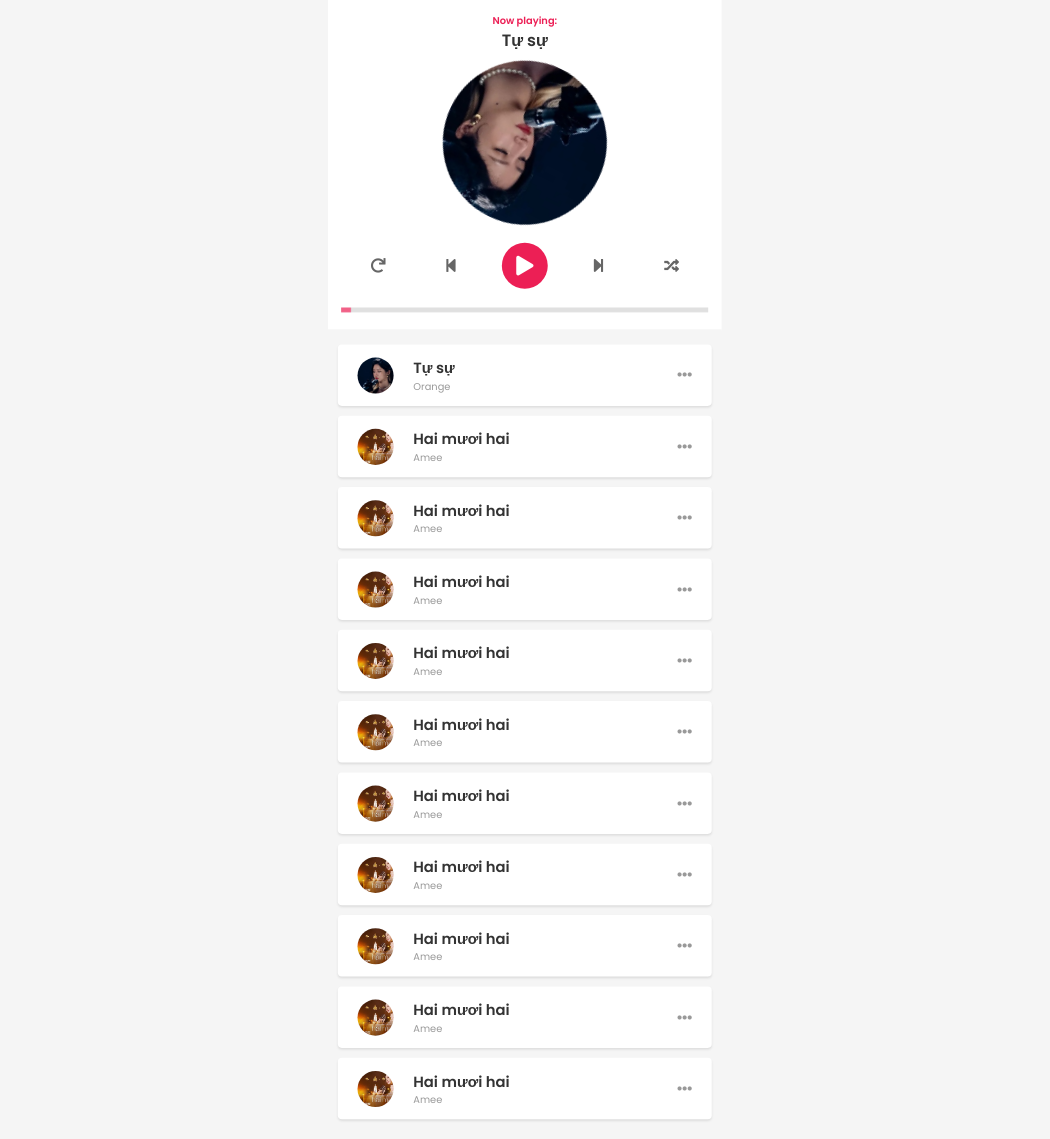
Repository: tannv3201/learn_JS_F8
Page: Example/Music player/index.html
These files come from the project's save history. The page is drawn as it stood at one moment and after the next save; the edit follows.
The browser window is 1280 px wide. The pictures show the whole page, at 82% of full size.

Above is the page before, as saved 2022-08-17 12:35:32.

### Example/Music player/index.html
<!DOCTYPE html>
<html lang="en">

<head>
    <meta charset="UTF-8">
    <meta http-equiv="X-UA-Compatible" content="IE=edge">
    <meta name="viewport" content="width=device-width, initial-scale=1.0">
    <title>Music player</title>
    <link rel="stylesheet" href="https://cdnjs.cloudflare.com/ajax/libs/font-awesome/5.15.2/css/all.min.css"
        integrity="sha512-HK5fgLBL+xu6dm/Ii3z4xhlSUyZgTT9tuc/hSrtw6uzJOvgRr2a9jyxxT1ely+B+xFAmJKVSTbpM/CuL7qxO8w=="
        crossorigin="anonymous" />
    <link rel="preconnect" href="https://fonts.gstatic.com">
    <link href="https://fonts.googleapis.com/css2?family=Poppins:wght@300;400;600&display=swap" rel="stylesheet">
    <link rel="stylesheet" href="./style.css">
</head>

<body>

    <div class="player">
        <!-- Dashboard -->
        <div class="dashboard">
            <!-- Header -->
            <header>
                <h4>Now playing:</h4>
                <h2>Tự sự</h2>
            </header>

            <!-- CD -->
            <div class="cd">
                <div class="cd-thumb" style="background-image: url('./assets/imgs/tusu.jpg')">
                </div>
            </div>

            <!-- Control -->
            <div class="control">
                <div class="btn btn-repeat">
                    <i class="fas fa-redo"></i>
                </div>
                <div class="btn btn-prev">
                    <i class="fas fa-step-backward"></i>
                </div>
                <div class="btn btn-toggle-play">
                    <i class="fas fa-pause icon-pause"></i>
                    <i class="fas fa-play icon-play"></i>
                </div>
                <div class="btn btn-next">
                    <i class="fas fa-step-forward"></i>
                </div>
                <div class="btn btn-random">
                    <i class="fas fa-random"></i>
                </div>
            </div>

            <input id="progress" class="progress" type="range" value="0" step="1" min="0" max="100">

            <audio id="audio" src=""></audio>
        </div>

        <!-- Playlist -->
        <div class="playlist">
            <!-- <div class="song">
                <div class="thumb" style="background-image: url('./assets/imgs/tusu.jpg')">
                </div>
                <div class="body">
                    <h3 class="title">Tự sự</h3>
                    <p class="author">Orange</p>
                </div>
                <div class="option">
                    <i class="fas fa-ellipsis-h"></i>
                </div>
            </div>
            <div class="song">
                <div class="thumb" style="background-image: url('./assets/imgs/haimuoihai.jpg')">
                </div>
                <div class="body">
                    <h3 class="title">Hai mươi hai</h3>
                    <p class="author">Amee</p>
                </div>
                <div class="option">
                    <i class="fas fa-ellipsis-h"></i>
                </div>
            </div>
            <!-- <div class="song">
                <div class="thumb"
                    style="background-image: url('https://i.ytimg.com/vi/jTLhQf5KJSc/maxresdefault.jpg')">
                </div>
                <div class="body">
                    <h3 class="title">Music name</h3>
                    <p class="author">Singer</p>
                </div>
                <div class="option">
                    <i class="fas fa-ellipsis-h"></i>
                </div>
            </div> --> -->
        </div>
    </div>

    <!-- Design from: https://static.collectui.com/shots/3671744/musicloud-revolutionary-app-for-music-streaming-large -->
    <script src="./main.js"></script>
</body>

</html>

### Example/Music player/style.css
:root {
    --primary-color: #ec1f55;
    --text-color: #333;
}

* {
    padding: 0;
    margin: 0;
    box-sizing: inherit;
}

body {
    background-color: #f5f5f5;
}

html {
    box-sizing: border-box;
    font-family: "Poppins", sans-serif;
}

.player {
    position: relative;
    max-width: 480px;
    margin: 0 auto;
}

.player .icon-pause {
    display: none;
}

.player.playing .icon-pause {
    display: inline-block;
}

.player.playing .icon-play {
    display: none;
}

.dashboard {
    padding: 16px 16px 14px;
    background-color: #fff;
    position: fixed;
    top: 0;
    width: 100%;
    max-width: 480px;
    border-bottom: 1px solid #ebebeb;
}

/* HEADER */
header {
    text-align: center;
    margin-bottom: 10px;
}

header h4 {
    color: var(--primary-color);
    font-size: 12px;
}

header h2 {
    color: var(--text-color);
    font-size: 20px;
}

/* CD */
.cd {
    display: flex;
    margin: auto;
    width: 200px;
}

.cd-thumb {
    width: 100%;
    padding-top: 100%;
    border-radius: 50%;
    background-color: #333;
    background-size: cover;
    margin: auto;
}

/* CONTROL */
.control {
    display: flex;
    align-items: center;
    justify-content: space-around;
    padding: 18px 0 8px 0;
}

.control .btn {
    color: #666;
    padding: 18px;
    font-size: 18px;
}

.control .btn.active {
    color: var(--primary-color);
}

.control .btn-toggle-play {
    width: 56px;
    height: 56px;
    border-radius: 50%;
    font-size: 24px;
    color: #fff;
    display: flex;
    align-items: center;
    justify-content: center;
    background-color: var(--primary-color);
}

.progress {
    width: 100%;
    -webkit-appearance: none;
    height: 6px;
    background: #d3d3d3;
    outline: none;
    opacity: 0.7;
    -webkit-transition: 0.2s;
    transition: opacity 0.2s;
}

.progress::-webkit-slider-thumb {
    -webkit-appearance: none;
    appearance: none;
    width: 12px;
    height: 6px;
    background-color: var(--primary-color);
    cursor: pointer;
}

/* PLAYLIST */
.playlist {
    margin-top: 408px;
    padding: 12px;
}

.song {
    display: flex;
    align-items: center;
    margin-bottom: 12px;
    background-color: #fff;
    padding: 8px 16px;
    border-radius: 5px;
    box-shadow: 0 2px 3px rgba(0, 0, 0, 0.1);
}

.song.active {
    background-color: var(--primary-color);
}

.song:active {
    opacity: 0.8;
}

.song.active .option,
.song.active .author,
.song.active .title {
    color: #fff;
}

.song .thumb {
    width: 44px;
    height: 44px;
    border-radius: 50%;
    background-size: cover;
    margin: 0 8px;
}

.song .body {
    flex: 1;
    padding: 0 16px;
}

.song .title {
    font-size: 18px;
    color: var(--text-color);
}

.song .author {
    font-size: 12px;
    color: #999;
}

.song .option {
    padding: 16px 8px;
    color: #999;
    font-size: 18px;
}

### Example/Music player/main.js

/**
    1. Render song
    2. Scroll top
    3. Play / pause/ seek
    4. CD rotate
    5. Next / prev
    6. Random
    7. Next / repeat when ended
    8. Active Song
    9. Scroll active song into view
    10. Play song when click
 */
const $ = document.querySelector.bind(document);
const $$ = document.querySelectorAll.bind(document);

// Lấy ra các element
const heading = $('header h2');
const cdThumb = $('.cd-thumb');
const audio = $('#audio');
const cd = $('.cd');
const playBtn = $('.btn-toggle-play');
const player = $('.player');
const progress = $('#progress');

const app = {
    currentIndex: 0,
    isPlaying: false,
    songs: [
        {
            name: 'Tự sự',
            singer: 'Orange',
            path: './assets/music/tusu.mp3',
            image: './assets/imgs/tusu.jpg'
        },
        {
            name: 'Hai mươi hai',
            singer: 'Amee',
            path: './assets/music/haimuoihai.mp3',
            image: './assets/imgs/haimuoihai.jpg'
        },
        {
            name: 'Hai mươi hai',
            singer: 'Amee',
            path: './assets/music/haimuoihai.mp3',
            image: './assets/imgs/haimuoihai.jpg'
        },
        {
            name: 'Hai mươi hai',
            singer: 'Amee',
            path: './assets/music/haimuoihai.mp3',
            image: './assets/imgs/haimuoihai.jpg'
        },
        {
            name: 'Hai mươi hai',
            singer: 'Amee',
            path: './assets/music/haimuoihai.mp3',
            image: './assets/imgs/haimuoihai.jpg'
        },
        {
            name: 'Hai mươi hai',
            singer: 'Amee',
            path: './assets/music/haimuoihai.mp3',
            image: './assets/imgs/haimuoihai.jpg'
        },
        {
            name: 'Hai mươi hai',
            singer: 'Amee',
            path: './assets/music/haimuoihai.mp3',
            image: './assets/imgs/haimuoihai.jpg'
        },
        {
            name: 'Hai mươi hai',
            singer: 'Amee',
            path: './assets/music/haimuoihai.mp3',
            image: './assets/imgs/haimuoihai.jpg'
        },
        {
            name: 'Hai mươi hai',
            singer: 'Amee',
            path: './assets/music/haimuoihai.mp3',
            image: './assets/imgs/haimuoihai.jpg'
        },
        {
            name: 'Hai mươi hai',
            singer: 'Amee',
            path: './assets/music/haimuoihai.mp3',
            image: './assets/imgs/haimuoihai.jpg'
        },
        {
            name: 'Hai mươi hai',
            singer: 'Amee',
            path: './assets/music/haimuoihai.mp3',
            image: './assets/imgs/haimuoihai.jpg'
        },
    ],
    render: function () {
        const htmls = this.songs.map(song => {
            return `
            <div class="song">
                <div class="thumb" style="background-image: url('${song.image}')">
                </div>
                <div class="body">
                    <h3 class="title">${song.name}</h3>
                    <p class="author">${song.singer}</p>
                </div>
                <div class="option">
                    <i class="fas fa-ellipsis-h"></i>
                </div>
            </div>
            `
        })
        $('.playlist').innerHTML = htmls.join('');
    },

    // Định nghĩa thuộc tính
    defineProperties: function () {
        Object.defineProperty(this, 'currentSong', {
            get: function () {
                return this.songs[this.currentIndex];
            }
        })
    },

    // Xử lý sự kiện
    handleEvents: function () {
        const _this = this; // Định nghĩa từ khóa this ở ngoài
        // Lấy ra Element "cd"
        const cdWidth = cd.offsetWidth; // Lấy width của cd.

        // Xử lý CD quay và dừng
        cdThumb.animate([
            {
                transform: 'rotate(360deg)'
            }
        ], {
            duration: 10000, // 10 giây
            interation: Infinity // Chạy vô hạn
        })

        // Xử lý phóng to / thu nhỏ cd
        document.onscroll = function () {
            const scrollTop = document.documentElement.scrollTop || window.scrollY;
            const newCdWidth = cdWidth - scrollTop;
            cd.style.width = newCdWidth > 0 ? newCdWidth + 'px' : 0; // check nếu kéo nhanh quá giá trị về < 0 thì lấy = 0
            cd.style.opacity = newCdWidth / cdWidth; // mờ dần khi scroll
        }

        // Xử lý khi click play
        playBtn.onclick = function () {
            if (_this.isPlaying) {
                audio.pause();
            }
            else {
                audio.play();
            }
        };
        // Khi bài hát được play
        audio.onplay = function () {
            _this.isPlaying = true;
            player.classList.add('playing') // chuyển btn play thành btn pause
        };
        // Khi bài hát bị dừng
        audio.onpause = function () {
            _this.isPlaying = false;
            player.classList.remove('playing') // chuyển btn pause thành btn play
        }

        // Khi tiến độ bài hát thay đổi
        audio.ontimeupdate = function () {
            if (audio.duration) {
                const progressPercent = Math.floor(audio.currentTime / audio.duration * 100);
                progress.value = progressPercent;
            }
        }

        // xử lý khi tua bài hát
        progress.onchange = function (e) {
            const seekTime = audio.duration * e.target.value / 100;
            audio.currentTime = seekTime;
        }
    },

    loadCurrentSong: function () {
        // Gán giá trị bài hát hiện tại
        heading.textContent = this.currentSong.name;
        cdThumb.style.backgroundImage = `url('./${this.currentSong.image}')`;
        audio.src = this.currentSong.path;
    },

    //

    // Phương thức start() để bắt đầu
    start: function () {
        // Định nghĩa ra các thuộc tính cho object
        this.defineProperties();

        // Lắng nghe, xử lý các sự kiện (DOM event)
        this.handleEvents();

        // Tải thông tin bài hát đầu tiền vào UI khi chạy ứng dụng
        this.loadCurrentSong();



        // Render playlist
        this.render();
    }
}

app.start();

After the next save:
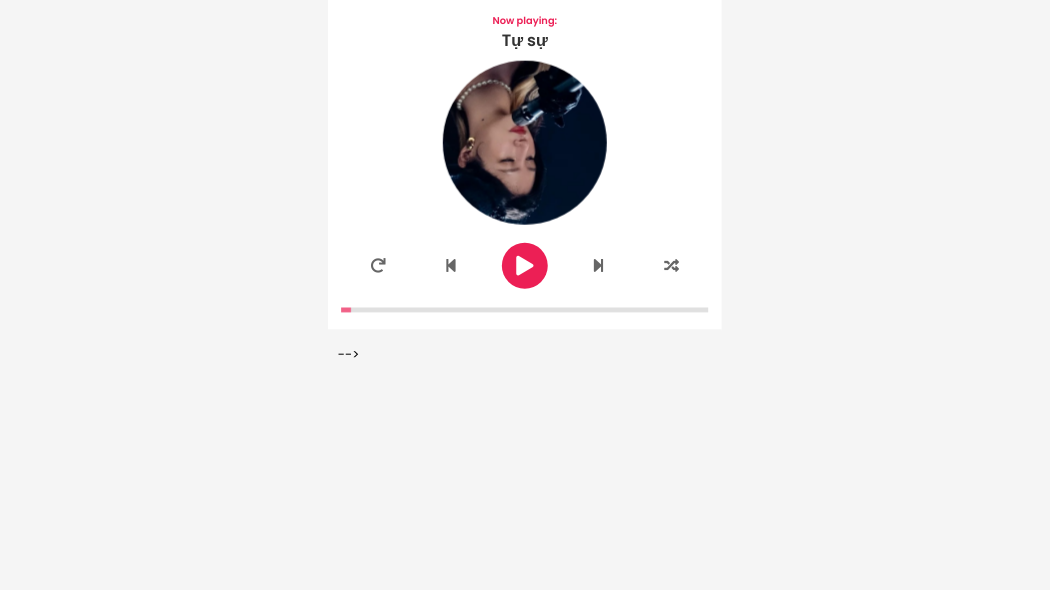
Console error: TypeError: cdThumb.pause is not a function
Saved 23 s later.
--- a/Example/Music player/main.js
+++ b/Example/Music player/main.js
@@ -137,6 +137,7 @@
             duration: 10000, // 10 giây
             interation: Infinity // Chạy vô hạn
         })
+        cdThumb.pause();
 
         // Xử lý phóng to / thu nhỏ cd
         document.onscroll = function () {

After the 2 saves that followed:
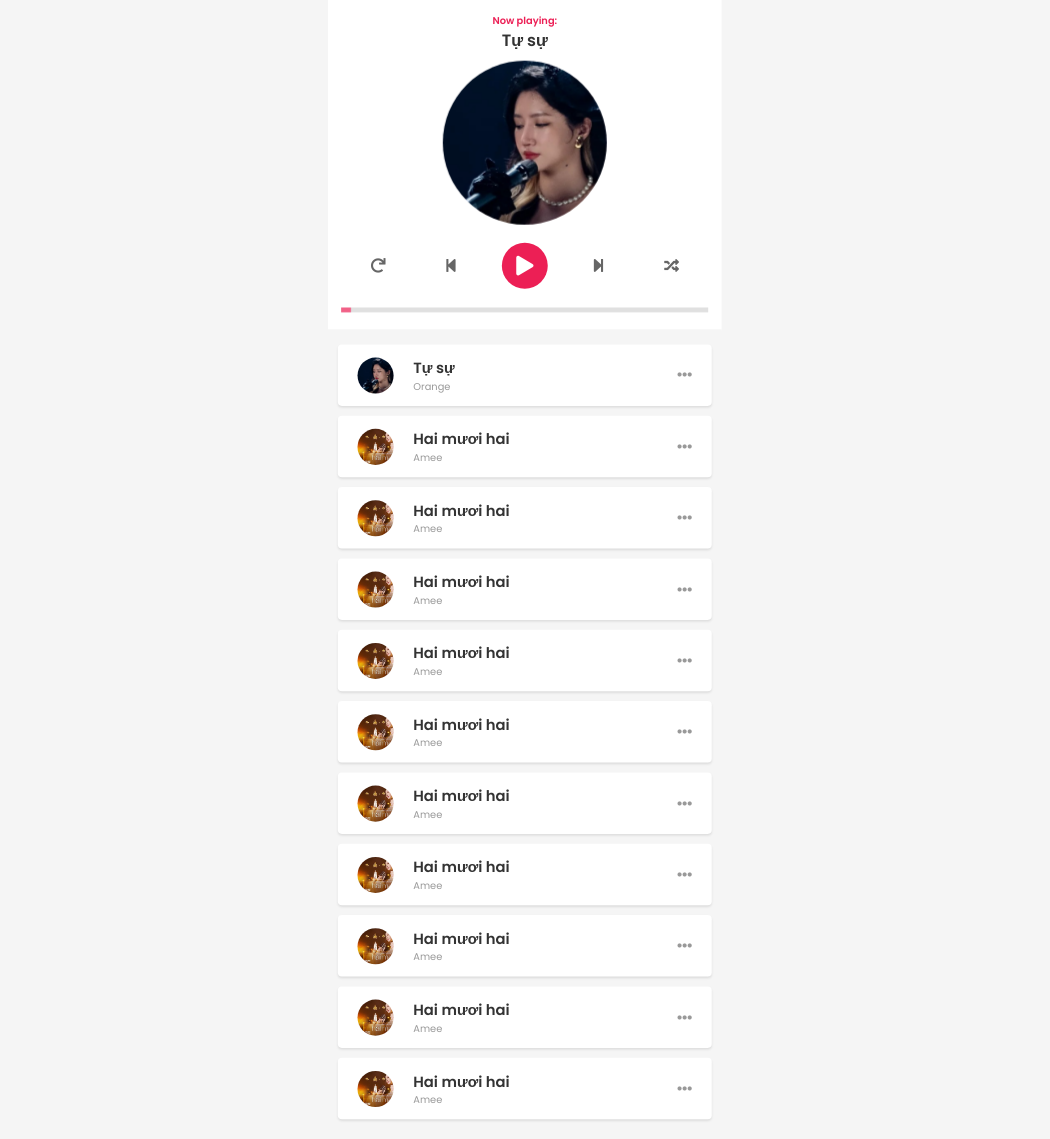
The error is gone.
The 2 saves are shown as one change because 1 left the picture as it was.
The last was saved 49 s later.
--- a/Example/Music player/main.js
+++ b/Example/Music player/main.js
@@ -129,7 +129,7 @@
         const cdWidth = cd.offsetWidth; // Lấy width của cd.
 
         // Xử lý CD quay và dừng
-        cdThumb.animate([
+        const cdThumbAnimate = cdThumb.animate([
             {
                 transform: 'rotate(360deg)'
             }
@@ -137,7 +137,7 @@
             duration: 10000, // 10 giây
             interation: Infinity // Chạy vô hạn
         })
-        cdThumb.pause();
+        cdThumbAnimate.pause()
 
         // Xử lý phóng to / thu nhỏ cd
         document.onscroll = function () {
